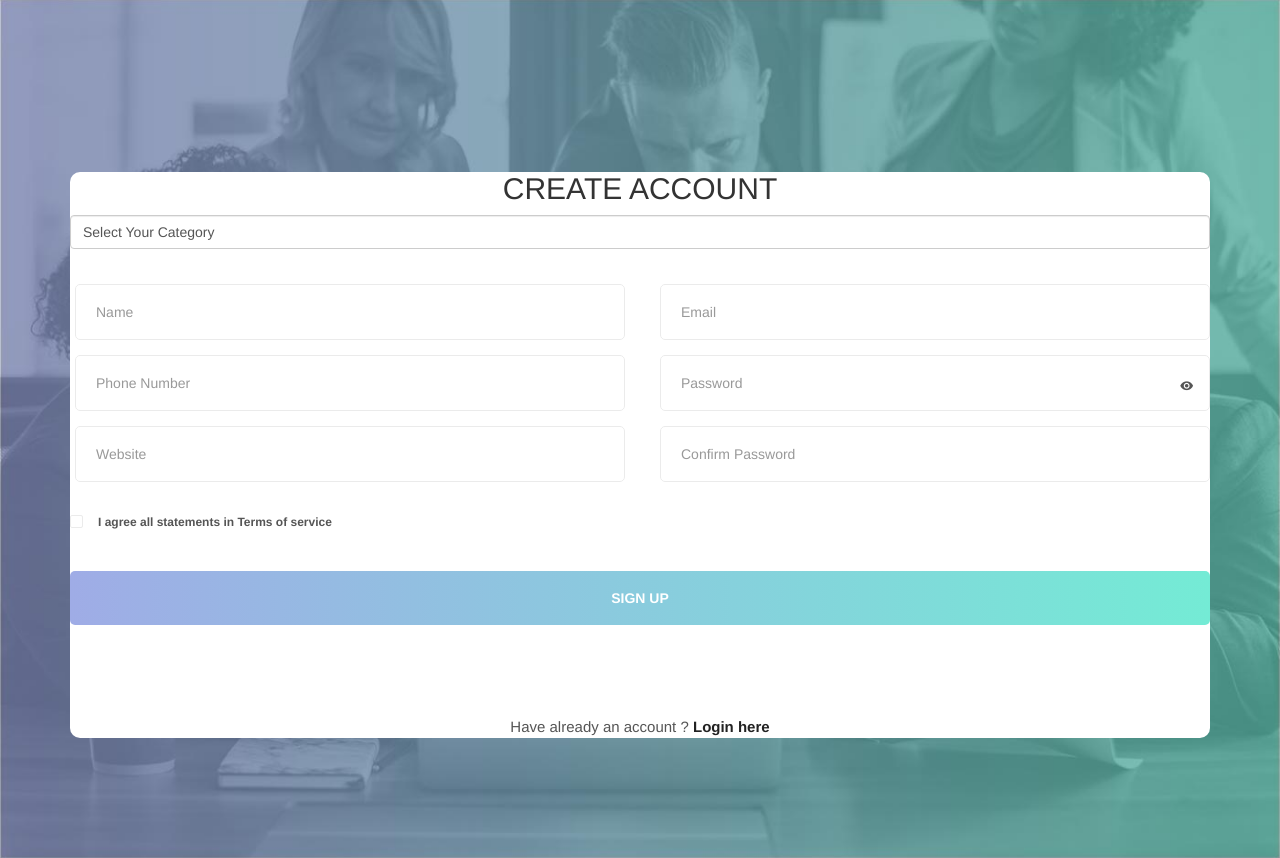
Repository: zainbt/Career_Bridge
Page: static/register/register.html
The author's editor kept a copy of each file at every save. The page is drawn from the files as they stood at one save, then again after the next save.
The browser window is 1280 px wide. The pictures show the whole page.

Above is the page before, as saved 2019-11-18 18:33:11.

### static/register/register.html
<!DOCTYPE html>
<html lang="en">

<head>
    <meta charset="UTF-8">
    <meta name="viewport" content="width=device-width, initial-scale=1.0">
    <meta http-equiv="X-UA-Compatible" content="ie=edge">
    <title>Sign Up Form by Colorlib</title>

    <!-- Font Icon -->
    <link rel="stylesheet" href="fonts/material-icon/css/material-design-iconic-font.min.css">

    <!-- Main css -->
    <link rel="stylesheet" href="css/style.css">
    <link rel="stylesheet" href="https://maxcdn.bootstrapcdn.com/bootstrap/3.4.0/css/bootstrap.min.css">

</head>

<body>

    <div class="main">

        <section class="signup">
            <!-- <img src="images/signup-bg.jpg" alt=""> -->
            <div class="container">
                <div class="signup-content">
                    <form method="POST" id="signup-form" class="signup-form">
                        <h2 class="form-title">Create account</h2>
                        <div class="form-group">
                            <select class="form-control">
                                <option>Select Your Category</option>
                                <option>Company</option>
                                <option>University</option>
                            </select>
                        </div>
                        <div class="row">
                            <div class="col-md-6 textFields">
                                <div class="form-group">
                                    <input type="text" class="form-input" name="name" id="name" placeholder="Name" />
                                </div>
                                <div class="form-group">
                                    <input type="number" class="form-input" name="number" id="name" placeholder="Phone Number" />
                                </div>
                                <div class="form-group">
                                    <input type="url" class="form-input" name="website" id="name" placeholder="Website" />
                                </div>
                            </div>

                            <div class="col-md-6 textFields">
                                <div class="form-group">
                                    <input type="email" class="form-input" name="email" id="email" placeholder="Email" />
                                </div>
                                <div class="form-group">
                                    <input type="password" class="form-input" name="password" id="password" placeholder="Password" />
                                    <span toggle="#password" class="zmdi zmdi-eye field-icon toggle-password"></span>
                                </div>
                                <div class="form-group">
                                    <input type="password" class="form-input" name="re_password" id="re_password" placeholder="Confirm Password" />
                                </div>
                            </div>
                        </div>
                        <div class="form-group">
                            <input type="checkbox" name="agree-term" id="agree-term" class="agree-term" />
                            <label for="agree-term" class="label-agree-term"><span><span></span></span>I agree all statements in  <a href="#" class="term-service">Terms of service</a></label>
                        </div>
                        <div class="form-group">
                            <input type="submit" name="submit" id="submit" class="form-submit" value="Sign up" />
                        </div>
                    </form>
                    <p class="loginhere">
                        Have already an account ? <a href="signUp.html" class="loginhere-link">Login here</a>
                    </p>

                    <!--

                                                        <input type="text" class="form-input" name="name" id="name" placeholder="Name" />
                                <input type="number" class="form-input" name="number" id="name" placeholder="Phone Number" />
                                <input type="url" class="form-input" name="website" id="name" placeholder="Website" />

                    -->


                </div>
            </div>
        </section>

    </div>

    <!-- JS -->
    <script src="vendor/jquery/jquery.min.js"></script>
    <script src="js/main.js"></script>
</body>
<!-- This templates was made by Colorlib (https://colorlib.com) -->

</html>

### static/register/css/style.css
.row {
    display: flex;
}

.textFields {
    margin-top: 10px;
    margin-left: 5px;
}


/* @extend display-flex; */

display-flex,
.display-flex,
.display-flex-center {
    display: flex;
    display: -webkit-flex;
}


/* @extend list-type-ulli; */

list-type-ulli {
    list-style-type: none;
    margin: 0;
    padding: 0;
}


/* Montserrat-300 - latin */

@font-face {
    font-family: 'Montserrat';
    font-style: normal;
    font-weight: 300;
    src: url("../fonts/montserrat/Montserrat-Light.ttf");
    /* IE9 Compat Modes */
}

@font-face {
    font-family: 'Montserrat';
    font-style: normal;
    font-weight: 400;
    src: url("../fonts/montserrat/Montserrat-Regular.ttf");
    /* IE9 Compat Modes */
}

@font-face {
    font-family: 'Montserrat';
    font-style: italic;
    font-weight: 400;
    src: url("../fonts/montserrat/Montserrat-Italic.ttf");
    /* IE9 Compat Modes */
}

@font-face {
    font-family: 'Montserrat';
    font-style: normal;
    font-weight: 500;
    src: url("../fonts/montserrat/Montserrat-Medium.ttf");
    /* IE9 Compat Modes */
}

@font-face {
    font-family: 'Montserrat';
    font-style: normal;
    font-weight: 600;
    src: url("../fonts/montserrat/Montserrat-SemiBold.ttf");
    /* IE9 Compat Modes */
}

@font-face {
    font-family: 'Montserrat';
    font-style: normal;
    font-weight: 700;
    src: url("../fonts/montserrat/Montserrat-Bold.ttf");
    /* IE9 Compat Modes */
}

@font-face {
    font-family: 'Montserrat';
    font-style: italic;
    font-weight: 700;
    src: url("../fonts/montserrat/Montserrat-BoldItalic.ttf");
    /* IE9 Compat Modes */
}

@font-face {
    font-family: 'Montserrat';
    font-style: italic;
    font-weight: 900;
    src: url("../fonts/montserrat/montserrat-v12-latin-900.ttf"), url("../fonts/montserrat/montserrat-v12-latin-900.eot") format("embedded-opentype"), url("../fonts/montserrat/montserrat-v12-latin-900.svg") format("woff2"), url("../fonts/montserrat/montserrat-v12-latin-900.woff") format("woff"), url("../fonts/montserrat/montserrat-v12-latin-900.woff2") format("truetype");
}

a:focus,
a:active {
    text-decoration: none;
    outline: none;
    transition: all 300ms ease 0s;
    -moz-transition: all 300ms ease 0s;
    -webkit-transition: all 300ms ease 0s;
    -o-transition: all 300ms ease 0s;
    -ms-transition: all 300ms ease 0s;
}

input,
select,
textarea {
    outline: none;
    appearance: unset !important;
    -moz-appearance: unset !important;
    -webkit-appearance: unset !important;
    -o-appearance: unset !important;
    -ms-appearance: unset !important;
}

input::-webkit-outer-spin-button,
input::-webkit-inner-spin-button {
    appearance: none !important;
    -moz-appearance: none !important;
    -webkit-appearance: none !important;
    -o-appearance: none !important;
    -ms-appearance: none !important;
    margin: 0;
}

input:focus,
select:focus,
textarea:focus {
    outline: none;
    box-shadow: none !important;
    -moz-box-shadow: none !important;
    -webkit-box-shadow: none !important;
    -o-box-shadow: none !important;
    -ms-box-shadow: none !important;
}

input[type=checkbox] {
    appearance: checkbox !important;
    -moz-appearance: checkbox !important;
    -webkit-appearance: checkbox !important;
    -o-appearance: checkbox !important;
    -ms-appearance: checkbox !important;
}

input[type=radio] {
    appearance: radio !important;
    -moz-appearance: radio !important;
    -webkit-appearance: radio !important;
    -o-appearance: radio !important;
    -ms-appearance: radio !important;
}

img {
    max-width: 100%;
    height: auto;
}

figure {
    margin: 0;
}

p {
    margin-bottom: 0px;
    font-size: 15px;
    color: #777;
}

h2 {
    line-height: 1.66;
    margin: 0;
    padding: 0;
    font-weight: 900;
    color: #222;
    font-family: 'Montserrat';
    font-size: 24px;
    text-transform: uppercase;
    text-align: center;
    margin-bottom: 40px;
}

.clear {
    clear: both;
}

body {
    font-size: 14px;
    line-height: 1.8;
    color: #222;
    font-weight: 400;
    font-family: 'Montserrat';
    background-image: url("../images/signup-bg.jpg");
    background-repeat: no-repeat;
    background-size: cover;
    -moz-background-size: cover;
    -webkit-background-size: cover;
    -o-background-size: cover;
    -ms-background-size: cover;
    background-position: center center;
    padding: 115px 0;
}

.container {
    width: 660px;
    position: relative;
    margin: 0 auto;
}

.display-flex {
    justify-content: space-between;
    -moz-justify-content: space-between;
    -webkit-justify-content: space-between;
    -o-justify-content: space-between;
    -ms-justify-content: space-between;
    align-items: center;
    -moz-align-items: center;
    -webkit-align-items: center;
    -o-align-items: center;
    -ms-align-items: center;
}

.display-flex-center {
    justify-content: center;
    -moz-justify-content: center;
    -webkit-justify-content: center;
    -o-justify-content: center;
    -ms-justify-content: center;
    align-items: center;
    -moz-align-items: center;
    -webkit-align-items: center;
    -o-align-items: center;
    -ms-align-items: center;
}

.position-center {
    position: absolute;
    top: 50%;
    left: 50%;
    transform: translate(-50%, -50%);
    -moz-transform: translate(-50%, -50%);
    -webkit-transform: translate(-50%, -50%);
    -o-transform: translate(-50%, -50%);
    -ms-transform: translate(-50%, -50%);
}

.signup-content {
    position: relative;
    margin-top: 5%;
    background: #fff;
    border-radius: 10px;
    -moz-border-radius: 10px;
    -webkit-border-radius: 10px;
    -o-border-radius: 10px;
    -ms-border-radius: 10px;
    /* padding: 40px 55px; */
}

.form-group {
    margin-top: 10px;
    overflow: hidden;
    margin-bottom: 20px;
}

.form-input {
    width: 100%;
    border: 1px solid #ebebeb;
    border-radius: 5px;
    -moz-border-radius: 5px;
    -webkit-border-radius: 5px;
    -o-border-radius: 5px;
    -ms-border-radius: 5px;
    padding: 17px 20px;
    box-sizing: border-box;
    font-size: 14px;
    font-weight: 500;
    color: #222;
}

.form-input::-webkit-input-placeholder {
    color: #999;
}

.form-input::-moz-placeholder {
    color: #999;
}

.form-input:-ms-input-placeholder {
    color: #999;
}

.form-input:-moz-placeholder {
    color: #999;
}

.form-input::-webkit-input-placeholder {
    font-weight: 500;
}

.form-input::-moz-placeholder {
    font-weight: 500;
}

.form-input:-ms-input-placeholder {
    font-weight: 500;
}

.form-input:-moz-placeholder {
    font-weight: 500;
}

.form-input:focus {
    border: 1px solid transparent;
    -webkit-border-image-source: -webkit-linear-gradient(to right, #9face6, #74ebd5);
    -moz-border-image-source: -moz-linear-gradient(to right, #9face6, #74ebd5);
    -o-border-image-source: -o-linear-gradient(to right, #9face6, #74ebd5);
    border-image-source: linear-gradient(to right, #9face6, #74ebd5);
    -webkit-border-image-slice: 1;
    border-image-slice: 1;
    border-radius: 5px;
    -moz-border-radius: 5px;
    -webkit-border-radius: 5px;
    -o-border-radius: 5px;
    -ms-border-radius: 5px;
    background-origin: border-box;
    background-clip: content-box, border-box;
}

.form-input:focus::-webkit-input-placeholder {
    color: #222;
}

.form-input:focus::-moz-placeholder {
    color: #222;
}

.form-input:focus:-ms-input-placeholder {
    color: #222;
}

.form-input:focus:-moz-placeholder {
    color: #222;
}

.form-submit {
    width: 100%;
    border-radius: 5px;
    -moz-border-radius: 5px;
    -webkit-border-radius: 5px;
    -o-border-radius: 5px;
    -ms-border-radius: 5px;
    padding: 17px 20px;
    box-sizing: border-box;
    font-size: 14px;
    font-weight: 700;
    color: #fff;
    text-transform: uppercase;
    border: none;
    background-image: -moz-linear-gradient(to left, #74ebd5, #9face6);
    background-image: -ms-linear-gradient(to left, #74ebd5, #9face6);
    background-image: -o-linear-gradient(to left, #74ebd5, #9face6);
    background-image: -webkit-linear-gradient(to left, #74ebd5, #9face6);
    background-image: linear-gradient(to left, #74ebd5, #9face6);
}

input[type=checkbox]:not(old) {
    width: 2em;
    margin: 0;
    padding: 0;
    font-size: 1em;
    display: none;
}

input[type=checkbox]:not(old)+label {
    display: inline-block;
    margin-top: 7px;
    margin-bottom: 25px;
}

input[type=checkbox]:not(old)+label>span {
    display: inline-block;
    width: 13px;
    height: 13px;
    margin-right: 15px;
    margin-bottom: 3px;
    border: 1px solid #ebebeb;
    border-radius: 2px;
    -moz-border-radius: 2px;
    -webkit-border-radius: 2px;
    -o-border-radius: 2px;
    -ms-border-radius: 2px;
    background: white;
    background-image: -moz-linear-gradient(white, white);
    background-image: -ms-linear-gradient(white, white);
    background-image: -o-linear-gradient(white, white);
    background-image: -webkit-linear-gradient(white, white);
    background-image: linear-gradient(white, white);
    vertical-align: bottom;
}

input[type=checkbox]:not(old):checked+label>span {
    background-image: -moz-linear-gradient(white, white);
    background-image: -ms-linear-gradient(white, white);
    background-image: -o-linear-gradient(white, white);
    background-image: -webkit-linear-gradient(white, white);
    background-image: linear-gradient(white, white);
}

input[type=checkbox]:not(old):checked+label>span:before {
    content: '\f26b';
    display: block;
    color: #222;
    font-size: 11px;
    line-height: 1.2;
    text-align: center;
    font-family: 'Material-Design-Iconic-Font';
    font-weight: bold;
}

.label-agree-term {
    font-size: 12px;
    font-weight: 600;
    color: #555;
}

.term-service {
    color: #555;
}

.loginhere {
    color: #555;
    font-weight: 500;
    text-align: center;
    margin-top: 91px;
    margin-bottom: 5px;
}

.loginhere-link {
    font-weight: 700;
    color: #222;
}

.field-icon {
    float: right;
    margin-right: 17px;
    margin-top: -32px;
    position: relative;
    z-index: 2;
    color: #555;
}

@media screen and (max-width: 768px) {
    .container {
        width: calc(100% - 40px);
        max-width: 100%;
    }
}

@media screen and (max-width: 480px) {
    .signup-content {
        padding: 50px 25px;
    }
}


/*# sourceMappingURL=style.css.map */

Loaded but not shown: static/register/fonts/material-icon/css/material-design-iconic-font.min.css (library); static/register/vendor/jquery/jquery.min.js (library); static/register/js/main.js (common file)

After the next save:
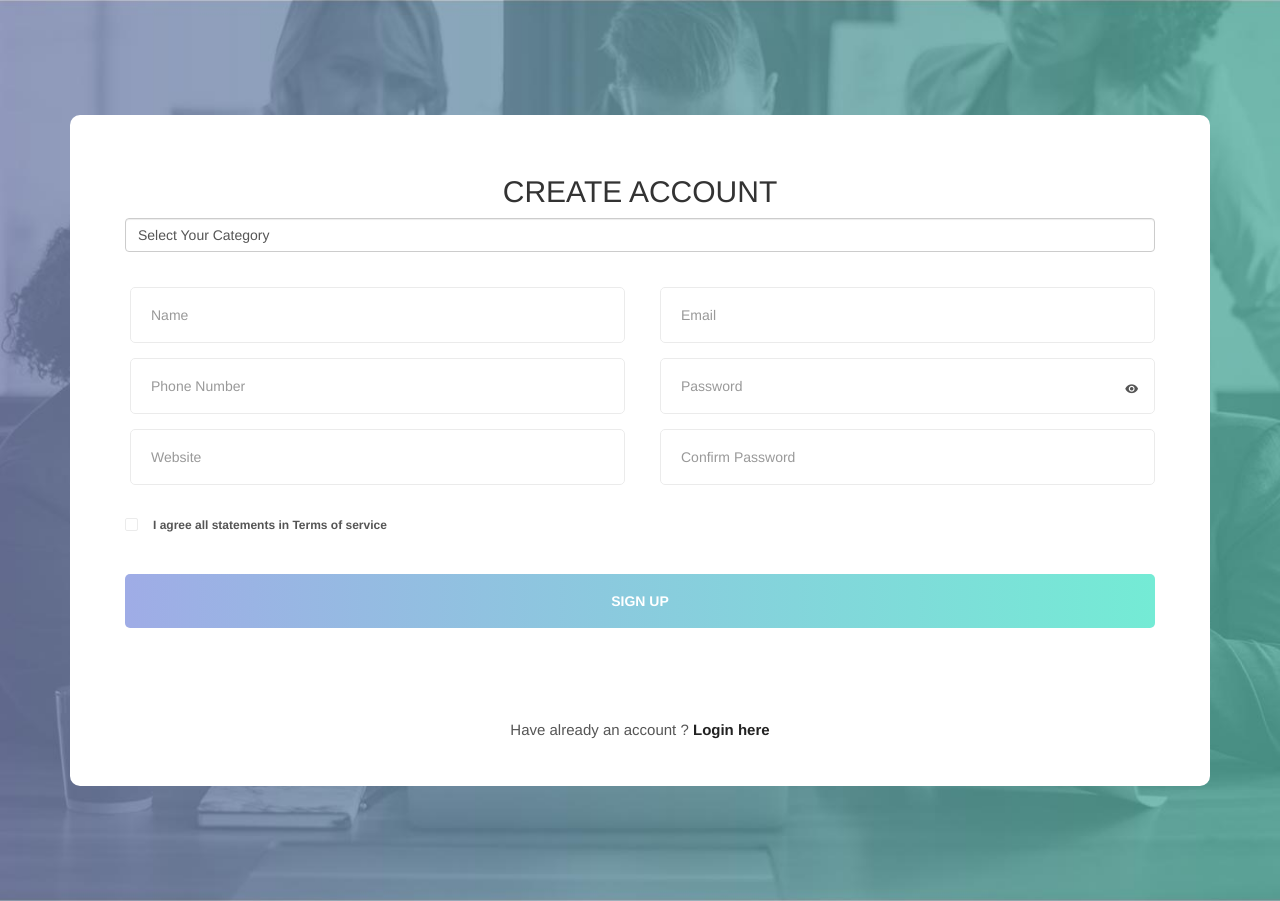
Saved 17 s later.
--- a/static/register/css/style.css
+++ b/static/register/css/style.css
@@ -245,14 +245,14 @@ body {
 
 .signup-content {
     position: relative;
-    margin-top: 5%;
+    margin-top: 0%;
     background: #fff;
     border-radius: 10px;
     -moz-border-radius: 10px;
     -webkit-border-radius: 10px;
     -o-border-radius: 10px;
     -ms-border-radius: 10px;
-    /* padding: 40px 55px; */
+    padding: 40px 55px;
 }
 
 .form-group {
